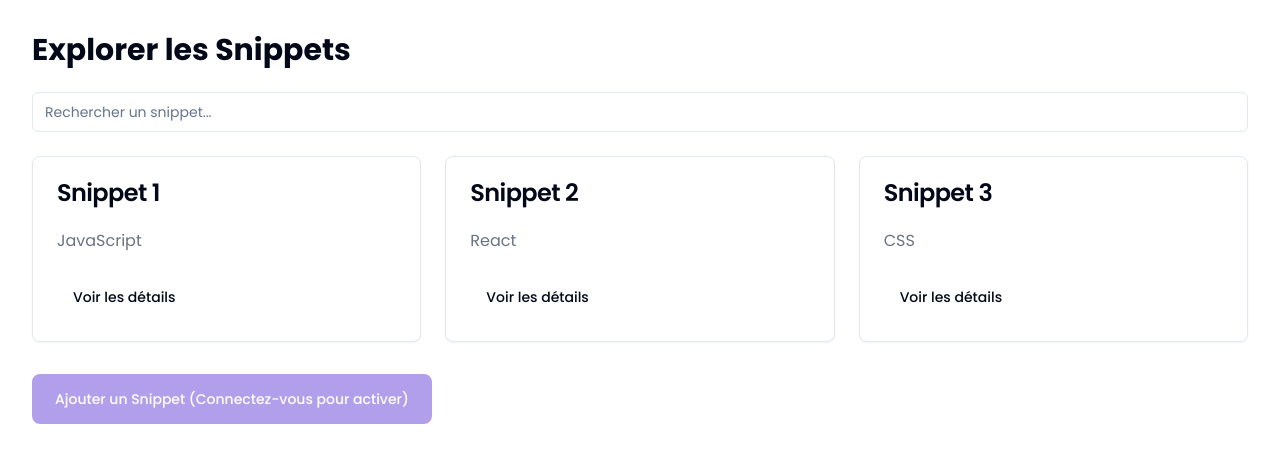
Repository: khadyba/Mediacy
Page: /Snippets
The author's editor kept a copy of each file at every save. The page is drawn from the files as they stood at one save, then again after the next save.
The browser window is 1280 px wide. The pictures show the whole page.
The project was rebuilt for these pictures with package versions that can differ from the ones it lists, and the page was loaded fresh each time. The framework's server and built-in components were replaced by stand-ins that run in the browser. Also part of the build but not shown: next.config.mjs.

Above is the page before, as saved 2024-09-22 21:32:14.

After the next save:
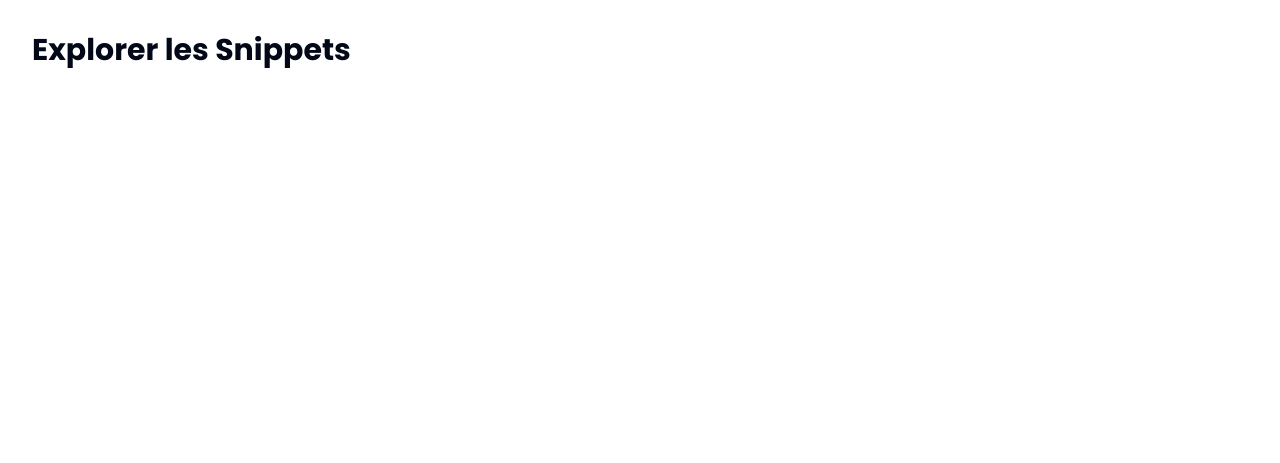
Saved 68 s later.
--- a/app/Snippets/page.tsx
+++ b/app/Snippets/page.tsx
@@ -15,34 +15,7 @@ export default function ExploreSnippets() {
     <div className="p-8">
       <h1 className="text-3xl font-bold mb-6">Explorer les Snippets</h1>
 
-      {/* Barre de recherche */}
-      <div className="mb-6">
-        <Input type="text" placeholder="Rechercher un snippet..." className="w-full" />
-      </div>
 
-      {/* Liste de snippets */}
-      <div className="grid grid-cols-1 md:grid-cols-3 gap-6">
-        {snippets.map((snippet) => (
-          <Card key={snippet.id}>
-            <CardHeader>
-              <CardTitle>{snippet.title}</CardTitle>
-            </CardHeader>
-            <CardContent>
-              <p className="text-gray-500">{snippet.category}</p>
-            </CardContent>
-            <CardFooter>
-              <Button variant="outline">Voir les détails</Button>
-            </CardFooter>
-          </Card>
-        ))}
-      </div>
-
-      {/* Bouton Ajouter un snippet (inactif) */}
-      <div className="mt-8">
-        <Button variant="secondary" size="lg" disabled>
-          Ajouter un Snippet (Connectez-vous pour activer)
-        </Button>
-      </div>
     </div>
   );
 }
